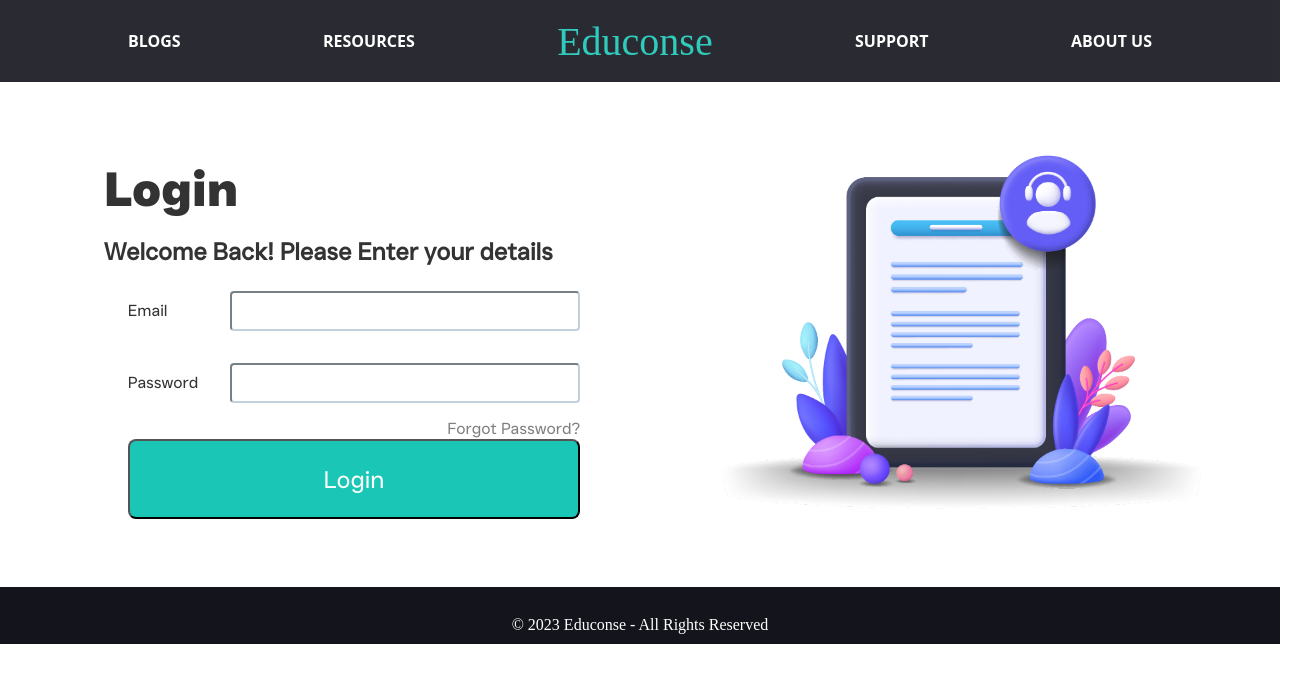
Repository: devajay07/educonse
Page: pages/login.html
These files come from the project's save history. The page is drawn as it stood at one moment and after the next save; the edit follows.
The browser window is 1280 px wide. The page is 1312 px wide, so the pictures cover 1312 px, including what lies to the right of the window. The pictures show the whole page.

Above is the page before, as saved 2023-10-15 02:52:57.

After the next save:
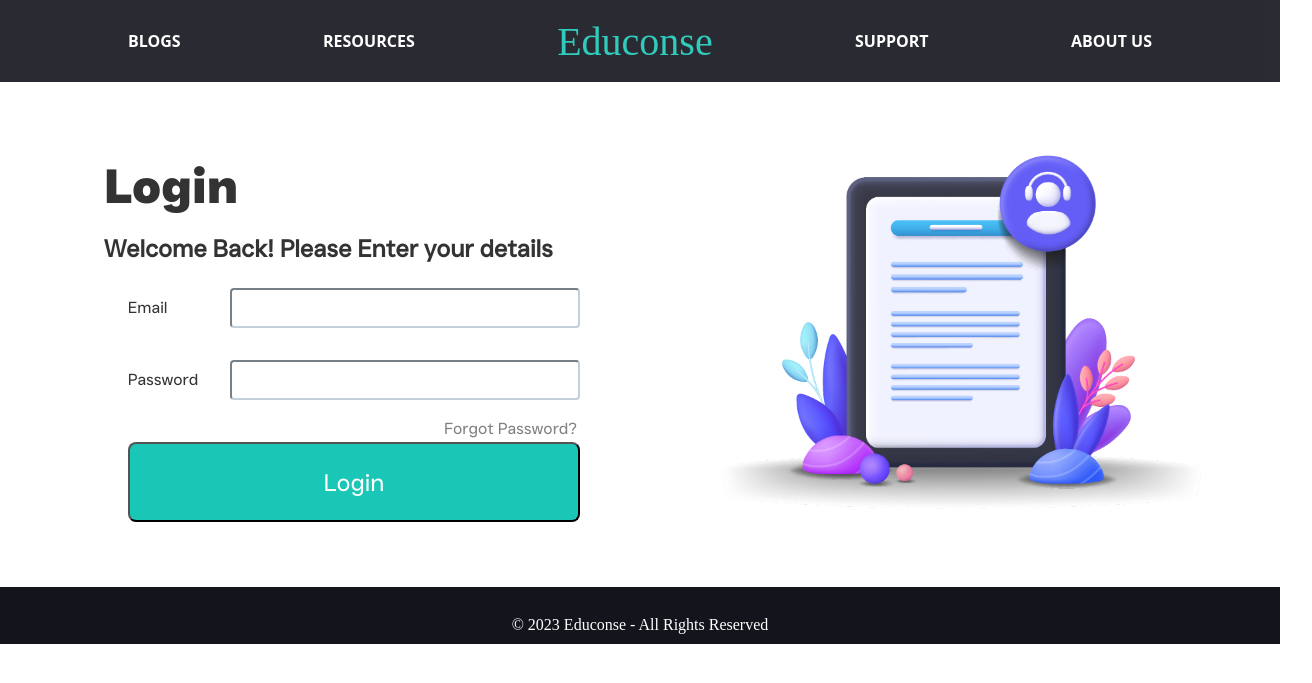
Saved 4 s later.
--- a/css/login.css
+++ b/css/login.css
@@ -83,7 +83,7 @@ input[type=password]{
   text-decoration: none;
   color:grey;
   float: right;
-  margin: ;
+  margin: 0.2rem;
 }
 
 
